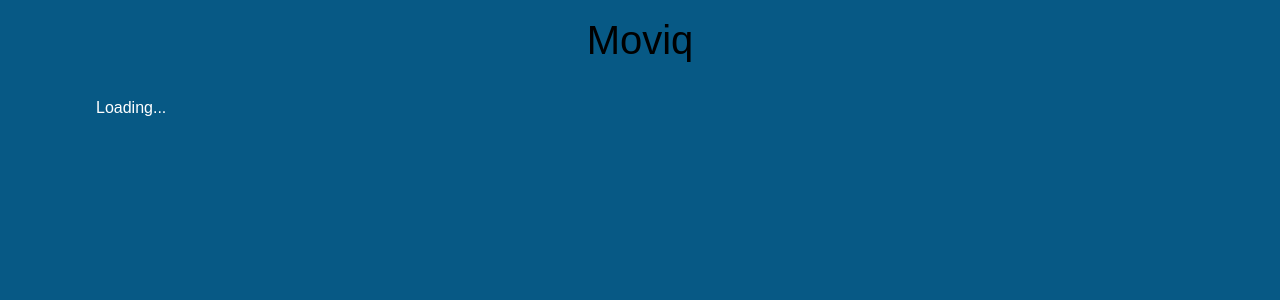
Repository: sbodova24/REACT__MovieApp
Page: /
The author's editor kept a copy of each file at every save. The page is drawn from the files as they stood at one save, then again after the next save.
The browser window is 1280 px wide. The pictures show the whole page.
The page's requests for data from a server got no answer. The project was rebuilt for these pictures with package versions that can differ from the ones it lists, and the page was loaded fresh each time. No one was signed in, and anything a server would have sent is missing. Also part of the build but not shown: src/components/MovieCard/MovieCard.jsx, src/components/MovieDetails/MovieDetails.css, src/components/MovieDetails/MovieDetails.js.

Above is the page before, as saved 2024-11-19 02:55:06.

### public/index.html
<!DOCTYPE html>
<html lang="en">
  <head>
    <meta charset="utf-8" />
    <link rel="icon" href="%PUBLIC_URL%/favicon.ico" />
    <meta name="viewport" content="width=device-width, initial-scale=1" />
    <link href="https://cdn.jsdelivr.net/npm/bootstrap@5.3.3/dist/css/bootstrap.min.css" rel="stylesheet" integrity="sha384-QWTKZyjpPEjISv5WaRU9OFeRpok6YctnYmDr5pNlyT2bRjXh0JMhjY6hW+ALEwIH" crossorigin="anonymous">
    <title>React App</title>
  </head>
  <body>
    <noscript>You need to enable JavaScript to run this app.</noscript>
    <div id="root"></div>
    <!--
      This HTML file is a template.
      If you open it directly in the browser, you will see an empty page.

      You can add webfonts, meta tags, or analytics to this file.
      The build step will place the bundled scripts into the <body> tag.

      To begin the development, run `npm start` or `yarn start`.
      To create a production bundle, use `npm run build` or `yarn build`.
    -->
  </body>
</html>

### src/App.js
import './App.css';
import { useEffect, useState } from 'react';
import { BrowserRouter as Router, Routes, Route, useLocation } from 'react-router-dom';
import axios from 'axios';
import { MovieCard } from './components/MovieCard/MovieCard';
import MovieDetails from './components/MovieDetails/MovieDetails'; // Import the new component

function App() {
  const [movies, setMovies] = useState([]);

  const getMovies = async () => {
    try {
      const { data } = await axios.get(
        'https://api.themoviedb.org/3/movie/popular?api_key=51def6820408da94d7df01a357112de5'
      );
      setMovies(data.results); // Assuming 'results' contains the list of movies
    } catch (error) {
      console.log(error);
    }
  };

  useEffect(() => {
    getMovies();
  }, []);

  // Custom header that dynamically hides based on the current route
  const Header = () => {
    const location = useLocation();

    // Check if the current path is NOT the home page
    if (location.pathname.startsWith('/movie/')) {
      return null; // Don't render the header
    }

    return (
      <header className="header">
        <h1 className="heading-1">Moviq</h1>
      </header>
    );
  };

  return (
    <Router>
      <Header />
      <Routes>
        <Route
          path="/"
          element={
            <main className="main">
              {movies.length > 0 ? (
                movies.map((movie) => (
                  <MovieCard key={movie.id} movie={movie} />
                ))
              ) : (
                'Loading...'
              )}
            </main>
          }
        />
        <Route path="/movie/:id" element={<MovieDetails movies={movies} />} />
      </Routes>
    </Router>
  );
}

export default App;

### src/App.css
* {
margin:0;
padding:0;
box-sizing:border-box;
}

/* Root variables for easy theme management */
:root {
  --card-bg-color: #075985; /* Dark background for card */
  --text-color: #fff; /* White text color for contrast */
  --primary-color: #3498db; /* Light blue for ratings or buttons, etc. */
  --border-radius: 10px; /* Rounded corners for the card */
  --box-shadow: 0 4px 8px rgba(0, 0, 0, 0.5); /* Shadow for depth */
}
body {
  background-color: #075985; /* Darker background for the page */
  color: var(--text-color);
  font-family: 'Arial', sans-serif; /* Ensures typography is consistent */
  margin: 0;
  padding: 0;
  box-sizing: border-box;
}


.header {
  display: flex;
  justify-content: center;
  padding: 1rem;
  position: fixed;
  width: 100vw;
  z-index: 1;
  background-color: #075985;
}
.heading-1{
  color:black;
}
.main{
  display: flex;
  flex-wrap: wrap;
  gap: 1.5rem;
  padding: 6rem 2rem 2rem 6rem;
}

Loaded but not shown: src/index.js (common file); src/index.css (common file); src/reportWebVitals.js (common file)

After the next save:
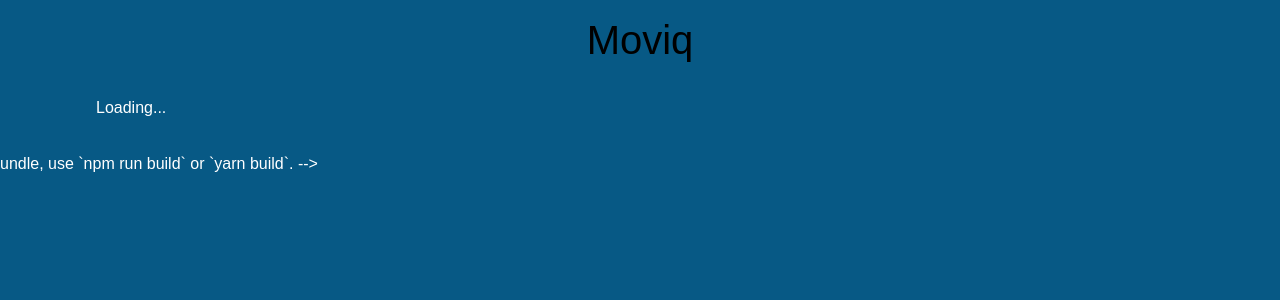
Saved 22 s later.
--- a/public/index.html
+++ b/public/index.html
@@ -10,15 +10,7 @@
   <body>
     <noscript>You need to enable JavaScript to run this app.</noscript>
     <div id="root"></div>
-    <!--
-      This HTML file is a template.
-      If you open it directly in the browser, you will see an empty page.
-
-      You can add webfonts, meta tags, or analytics to this file.
-      The build step will place the bundled scripts into the <body> tag.
-
-      To begin the development, run `npm start` or `yarn start`.
-      To create a production bundle, use `npm run build` or `yarn build`.
+    undle, use `npm run build` or `yarn build`.
     -->
   </body>
 </html>

After the 2 saves that followed:
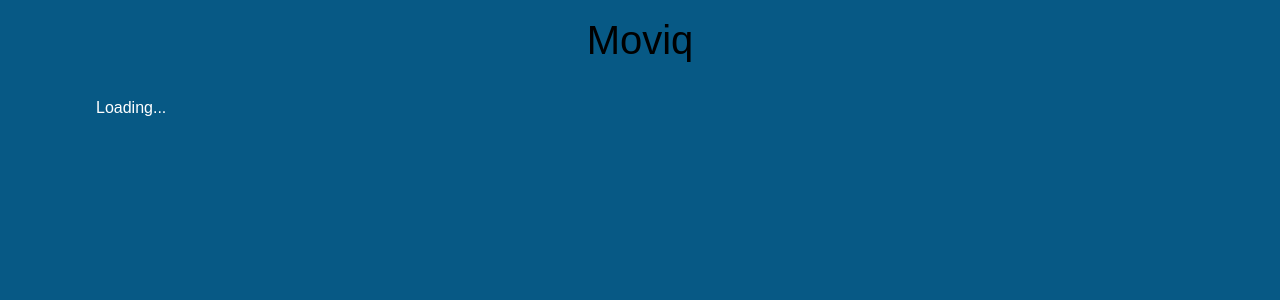
The 2 saves are shown as one change because they came seconds apart.
The last was saved 8 s later.
--- a/public/index.html
+++ b/public/index.html
@@ -10,7 +10,6 @@
   <body>
     <noscript>You need to enable JavaScript to run this app.</noscript>
     <div id="root"></div>
-    undle, use `npm run build` or `yarn build`.
-    -->
+
   </body>
 </html>
